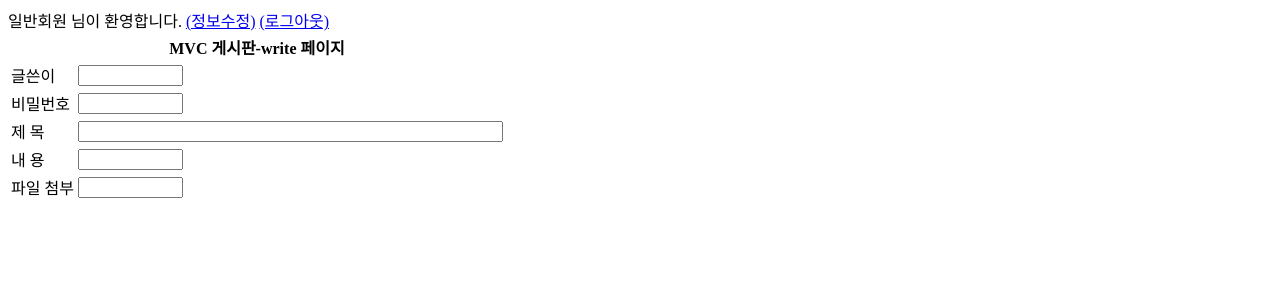
Repository: rumor1993/KH1
Page: http://localhost/Board/board/qna_board_write.jsp
An editor plug-in stored every save of this project. The page is shown before and after the next save, followed by the edit.
The browser window is 1280 px wide. The pictures show the whole page.
The page is served by Tomcat 9. Other server files are loaded and not shown. The template is opened directly, without the code that normally fills it, so the values that code supplies are empty.

Above is the page before, as saved 2018-05-09 07:20:17.

### Board/WebContent/board/qna_board_write.jsp
<%@ page language="java" contentType="text/html; charset=EUC-KR"
    pageEncoding="EUC-KR"%>
<!DOCTYPE html>
<html>
<head>
<title>Insert title here</title>
</head>
<body>
	<%@ include file="/board/header.jsp" %>
	<form action="./BoardAddAction.bo" method="post"
			enctype="multipart/form-data" name="boardform">
		<table>
			<tr class="center">
				<th colspan="2">MVC 게시판-write 페이지</th>
			</tr>
			<tr>
				<td><div>글쓴이</div></td>
				<td>
					<input name="BOARD_NAME" id="board_name" readOnly
					type="text" size="10" maxlength="30" value="${id }">
				</td>
			</tr>
			<tr>
				<td>
					<div>비밀번호</div>
				</td>
				<td>
					<input name="BOARD_PASS" id="board_pass" type="password" size="10"
					maxlength="30" value="">
				</td>
			</tr>

			<tr>
				<td>
					<div>제 목</div>
				</td>
				<td>
					<input name="BOARD_SUBJECT" id="board_subject" type="text" size="50"
					maxlength="100" value="">
				</td>
			</tr>

			<tr>
				<td>
					<div>내 용</div>
				</td>
				<td>
					<input name="BOARD_CONTENT" id="board_content" type="text" size="10"
					maxlength="500" value="">
				</td>
			</tr>

			<tr>
				<td>
					<div>파일 첨부</div>
				</td>
				<td>
					<input name="BOARD_FILE" id="board_file" type="text" size="10"
					maxlength="500" value="">
				</td>
			</tr>

		</table>
	</form>
</body>
</html>

### Board/WebContent/board/header.jsp
<%@ page language="java" contentType="text/html; charset=EUC-KR"
    pageEncoding="EUC-KR"%>
<%@ taglib prefix="c"
	uri="http://java.sun.com/jsp/jstl/core" %>
<!DOCTYPE html>
<html>
<head>
<title>Insert title here</title>
</head>
<body>
<%
	request.setCharacterEncoding("euc-kr");
%>
	<c:choose>
		<c:when test="${id!='admin' }">
			<span>일반회원 ${sessionScope.id }님이 환영합니다.</span> <a href = "member_update.net">(정보수정)</a> <a href = "logout.net">(로그아웃)</a><br>
		</c:when>

		<c:otherwise>
			<span>관리자 ${sessionScope.id }님 환영합니다.</span> <a href = "member_update.net">(정보수정)</a>
			<a href = "member_list.net">관리자모드 접속(회원 목록 보기)</a>
			 <a href = "BoardList.bo">(게시판)</a><br>
		</c:otherwise>
	</c:choose>

<%-- 	<div id="header">
		<c:if test="${empty id }">
			<script>
				location.href="login.net";
			</script>
		</c:if>
		<c:if test="${!empty id }">
			<c:if test="${id=='admin' }">
				<span> 관리자 ${id } 님 환영합니다.></span>
			</c:if>
			<c:if test="${id!='admin' }">
				<span>일반회원 ${id } 님 환영합니다.</span>
			</c:if>
		</c:if>
		</div>
--%>



	<%--
	<%
	if(!id.equals("admin")){
	%>
		<span>일반회원 <%=id %>님이 환영합니다.</span> <a href = "update.jsp">(정보수정)</a> <a href = "logout.jsp">(로그아웃)</a><br>
	<%
	}else{
	%>
		<%
	}
	%> --%>
</body>
</html>

After the next save:
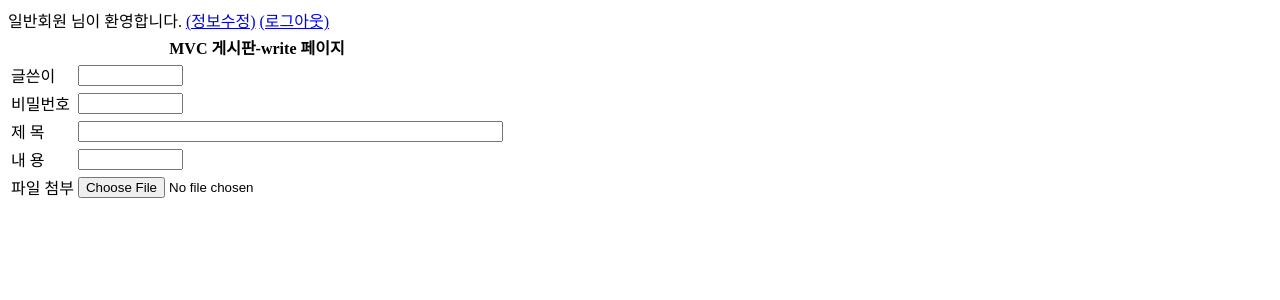
Saved 6 s later.
--- a/Board/WebContent/board/qna_board_write.jsp
+++ b/Board/WebContent/board/qna_board_write.jsp
@@ -55,7 +55,7 @@
 					<div>파일 첨부</div>
 				</td>
 				<td>
-					<input name="BOARD_FILE" id="board_file" type="text" size="10"
+					<input name="BOARD_FILE" id="board_file" type="file" size="10"
 					maxlength="500" value="">
 				</td>
 			</tr>
